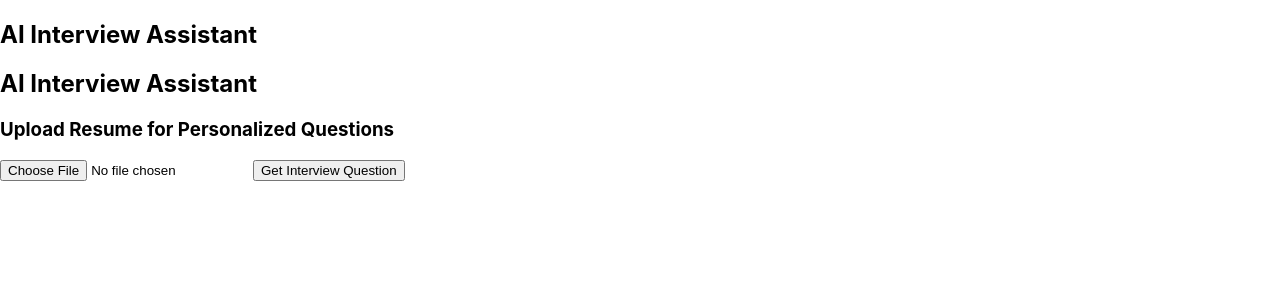
Repository: Atharva-1512/ai-interview-assistant
Page: / (app in frontend/)
The author's editor kept a copy of each file at every save. The page is drawn from the files as they stood at one save, then again after the next save.
The browser window is 1280 px wide. The pictures show the whole page.
The project was rebuilt for these pictures with package versions that can differ from the ones it lists, and the page was loaded fresh each time.

Above is the page before, as saved 2026-03-11 03:41:10.

After the next save:
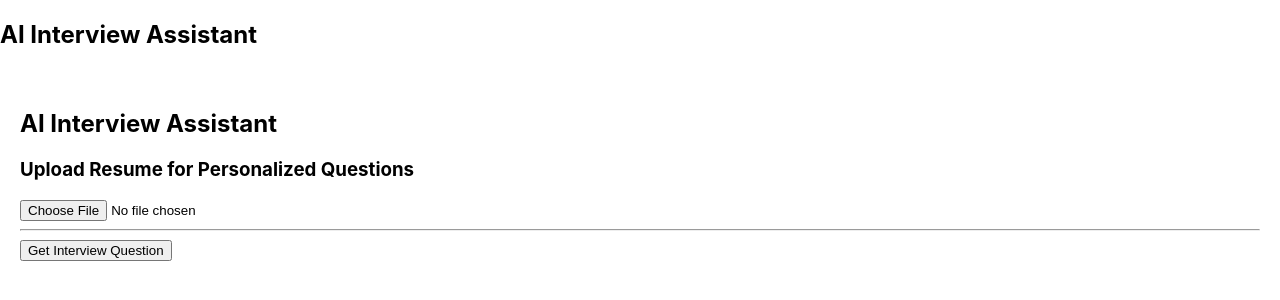
Saved 72 s later.
--- a/frontend/src/pages/Interview.js
+++ b/frontend/src/pages/Interview.js
@@ -4,72 +4,111 @@ import { getQuestion, evaluateAnswer } from "../services/api";
 function Interview() {
 
   const [question, setQuestion] = useState("");
-const [answer, setAnswer] = useState("");
-const [feedback, setFeedback] = useState("");
-const [score, setScore] = useState(null);
-const [resumeQuestion, setResumeQuestion] = useState("");
+  const [answer, setAnswer] = useState("");
+  const [feedback, setFeedback] = useState("");
+  const [score, setScore] = useState(null);
+  const [resumeQuestion, setResumeQuestion] = useState("");
 
+  // Get interview question
   const fetchQuestion = async () => {
-    const res = await getQuestion();
-    setQuestion(res.data.question);
+    try {
+      const res = await getQuestion();
+      setQuestion(res.data.question);
+    } catch (error) {
+      console.error(error);
+    }
   };
 
+  // Submit answer for evaluation
   const submitAnswer = async () => {
-  const res = await evaluateAnswer(answer);
-  setFeedback(res.data.feedback);
-  setScore(res.data.score);
-};
-{score !== null && (
-  <h4>Score: {score}/10</h4>
-)}
+    try {
+      const res = await evaluateAnswer(answer);
+      setFeedback(res.data.feedback);
+      setScore(res.data.score);
+    } catch (error) {
+      console.error(error);
+    }
+  };
+
+  // Upload resume
+  const uploadResume = async (event) => {
+
+    const file = event.target.files[0];
+
+    const formData = new FormData();
+    formData.append("resume", file);
+
+    const res = await fetch("http://localhost:5000/upload-resume", {
+      method: "POST",
+      body: formData
+    });
+
+    const data = await res.json();
+    setResumeQuestion(data.question);
+  };
 
   return (
-  <div>
+    <div style={{ padding: "20px" }}>
 
-    <h2>AI Interview Assistant</h2>
+      <h2>AI Interview Assistant</h2>
 
-    {/* Resume Upload */}
-    <h3>Upload Resume for Personalized Questions</h3>
-    <input type="file" onChange={uploadResume} />
+      {/* Resume Upload */}
+      <h3>Upload Resume for Personalized Questions</h3>
 
-    {resumeQuestion && (
-      <div>
-        <h3>Resume Based Question</h3>
-        <p>{resumeQuestion}</p>
-      </div>
-    )}
+      <input type="file" onChange={uploadResume} />
 
-    {/* Generate Question */}
-    <button onClick={fetchQuestion}>
-      Get Interview Question
-    </button>
+      {resumeQuestion && (
+        <div style={{ marginTop: "15px" }}>
+          <h3>Resume Based Question</h3>
+          <p>{resumeQuestion}</p>
+        </div>
+      )}
 
-    {/* Question + Answer */}
-    {question && (
-      <div>
-        <h3>Interview Question</h3>
-        <p>{question}</p>
-      </div>
-    )}
+      <hr />
 
-  </div>
-);
+      {/* Generate Question */}
+      <button onClick={fetchQuestion}>
+        Get Interview Question
+      </button>
+
+      {question && (
+        <div style={{ marginTop: "20px" }}>
+
+          <h3>Interview Question</h3>
+          <p>{question}</p>
+
+          <textarea
+            rows="4"
+            cols="50"
+            placeholder="Type your answer..."
+            value={answer}
+            onChange={(e) => setAnswer(e.target.value)}
+          />
+
+          <br /><br />
+
+          <button onClick={submitAnswer}>
+            Submit Answer
+          </button>
+
+        </div>
+      )}
+
+      {feedback && (
+        <div style={{ marginTop: "20px" }}>
+
+          <h3>AI Interview Feedback</h3>
+          <p>{feedback}</p>
+
+          {score !== null && (
+            <h4>Score: {score}/10</h4>
+          )}
+
+        </div>
+      )}
+
+    </div>
+  );
 }
 
 export default Interview;
-
-
-const uploadResume = async (event) => {
-  const file = event.target.files[0];
-
-  const formData = new FormData();
-  formData.append("resume", file);
-
-  const res = await fetch("http://localhost:5000/upload-resume", {
-    method: "POST",
-    body: formData
-  });
-
-  const data = await res.json();
-  setResumeQuestion(data.question);
-};
